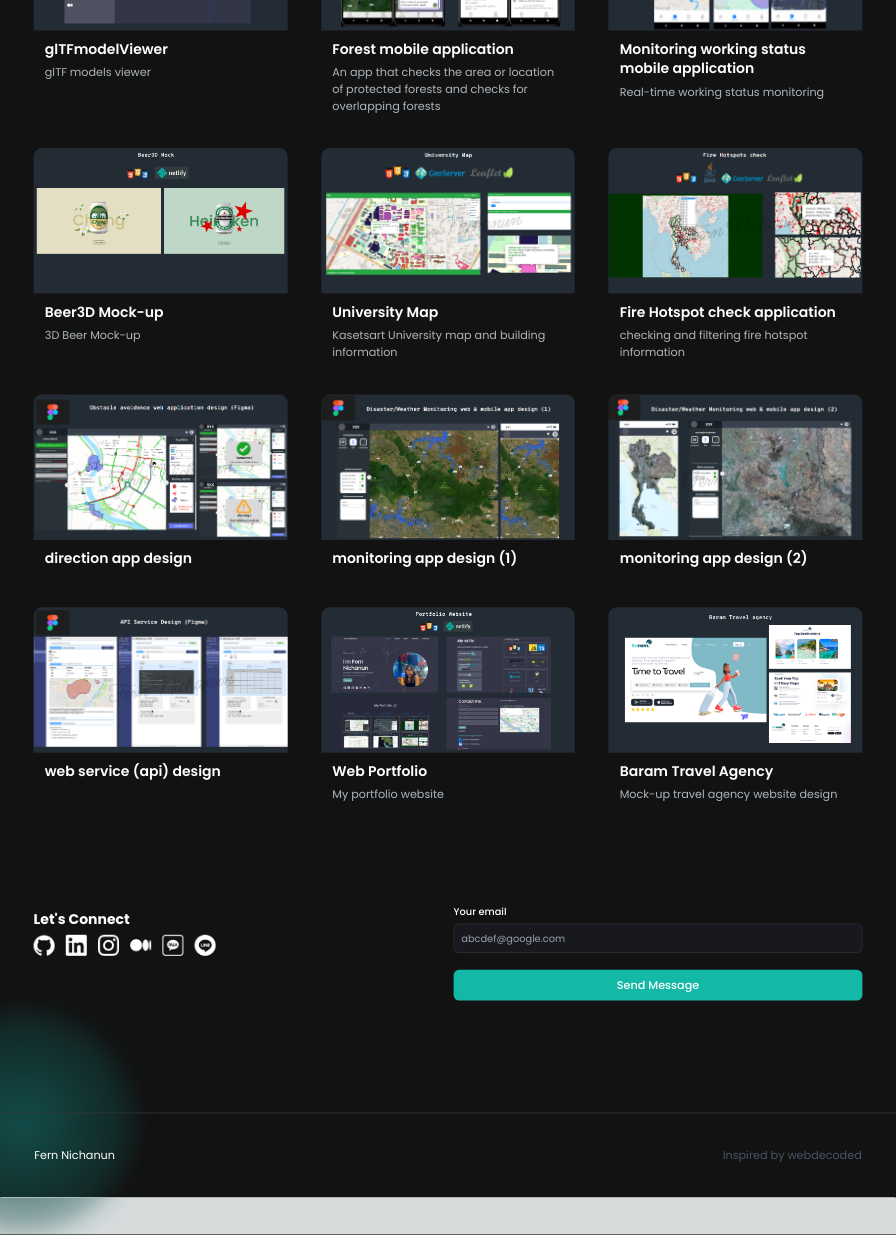
Repository: ffferncake/ffferncake-webport-2024
Page: /
These files come from the project's save history. The page is drawn as it stood at one moment and after the next save; the edit follows.
The browser window is 1280 px wide. The pictures show the part of the page from y = 2128 to 4048 px (the page is 3892 px tall before and 4048 px after), at 70% of full size.
The project was rebuilt for these pictures with package versions that can differ from the ones it lists, and the page was loaded fresh each time. The framework's server and built-in components were replaced by stand-ins that run in the browser. Also part of the build but not shown: next.config.js, src/app/components/MenuOverlay.jsx, src/app/components/AchievementsSection.jsx.

Above is the page before, as saved 2024-03-14 23:47:02.

After the next save:
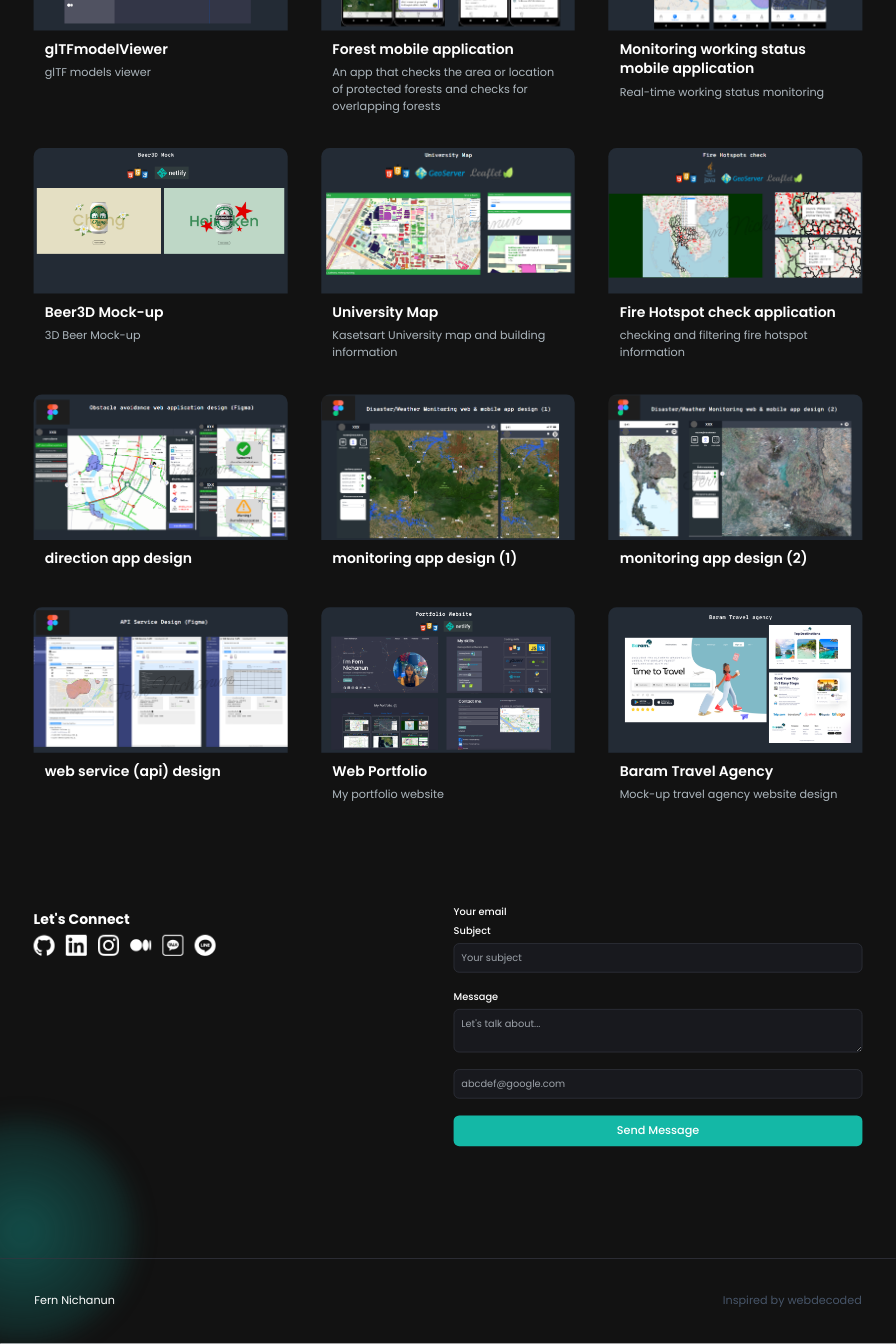
Saved 3 min 57 s later.
--- a/src/app/components/EmailSection.jsx
+++ b/src/app/components/EmailSection.jsx
@@ -1,4 +1,4 @@
-"use client"
+"use client";
 import React, { useState } from "react";
 import GithubIcon from "../../../public/images/sns-icon/github_negative.png";
 import LinkedinIcon from "../../../public/images/sns-icon/linkedIn_negative.png";
@@ -17,6 +17,8 @@ const EmailSection = () => {
   const sendEmail = (e) => {
     e.preventDefault();
     const userEmail = e.target.email.value;
+    const subject = document.getElementById("subjectInput").value;
+    const message = document.getElementById("messageInput").value;
 
     if (!isValidEmail(userEmail)) {
       alert("Please enter a valid email address.");
@@ -30,8 +32,8 @@ const EmailSection = () => {
         {
           to_email: "fernnichanun@gmail.com",
           from_email: userEmail,
-          subject: "Resume & Portfolio Request",
-          message_html: "Please send me your resume and portfolio.",
+          subject: subject,
+          message_html: message,
         },
         "NFyFFPYZ2gdUOlgMg"
       )
@@ -110,6 +112,36 @@ const EmailSection = () => {
               >
                 Your email
               </label>
+              <div className="mb-6">
+                <label
+                  htmlFor="subject"
+                  className="text-white block text-sm mb-2 font-medium"
+                >
+                  Subject
+                </label>
+                <input
+                  name="subject"
+                  type="text"
+                  id="subject"
+                  required
+                  className="bg-[#18191E] border border-[#33353F] placeholder-[#9CA2A9] text-gray-100 text-sm rounded-lg block w-full p-2.5"
+                  placeholder="Your subject"
+                />
+              </div>
+              <div className="mb-6">
+                <label
+                  htmlFor="message"
+                  className="text-white block text-sm mb-2 font-medium"
+                >
+                  Message
+                </label>
+                <textarea
+                  name="message"
+                  id="message"
+                  className="bg-[#18191E] border border-[#33353F] placeholder-[#9CA2A9] text-gray-100 text-sm rounded-lg block w-full p-2.5"
+                  placeholder="Let's talk about..."
+                />
+              </div>
               <input
                 name="email"
                 type="email"
